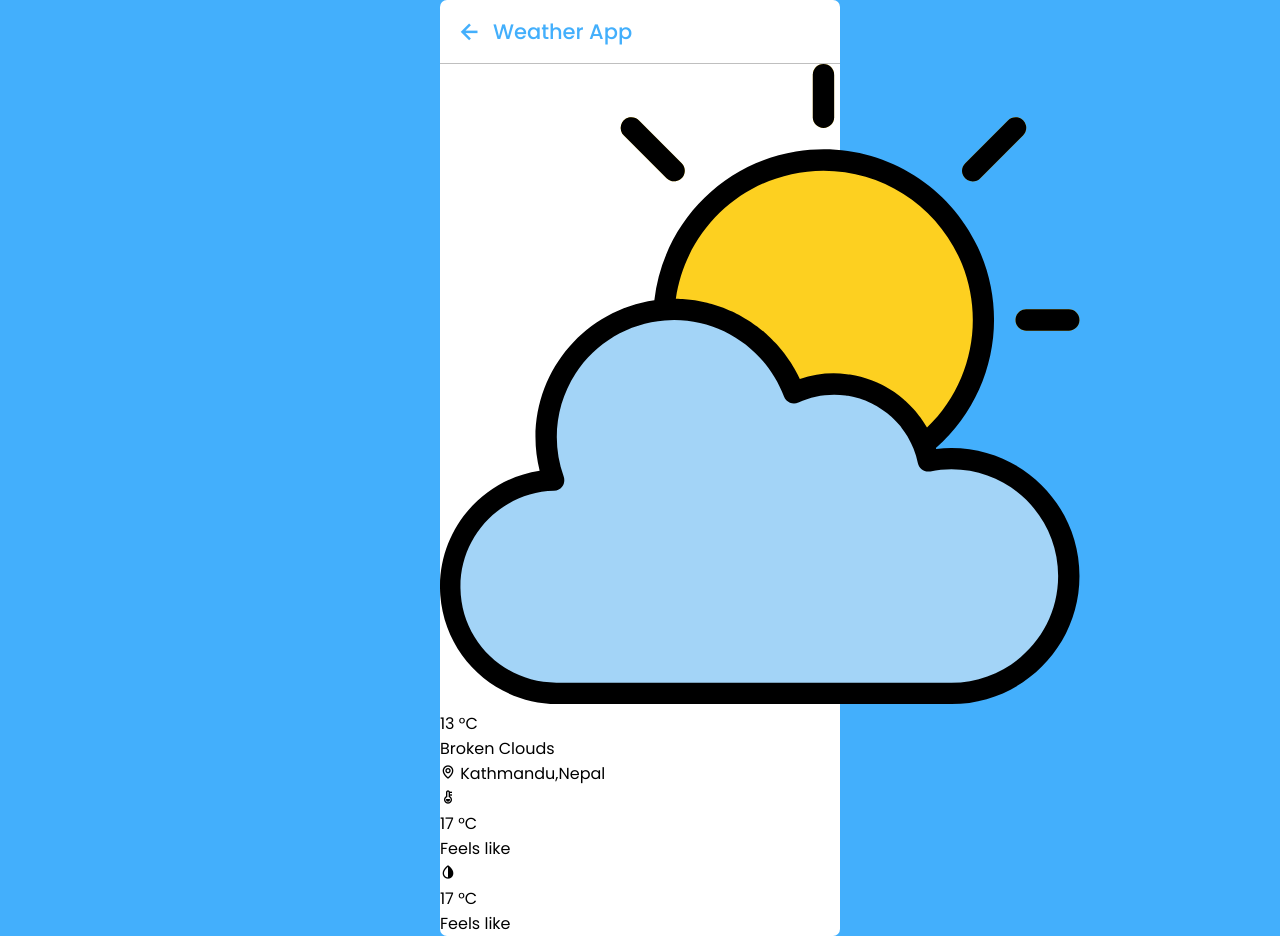
Repository: long13820/Weather-App-HTML-CSS-Javascript
Page: index.html
An editor plug-in stored every save of this project. The page is shown before and after a run of saves, followed by the edit.
The browser window is 1280 px wide. The pictures show the whole page.

Above is the page before, as saved 2021-09-02 10:46:30.

### index.html
<!DOCTYPE html>
<html lang="en">
<head>
    <meta charset="UTF-8">
    <meta http-equiv="X-UA-Compatible" content="IE=edge">
    <meta name="viewport" content="width=device-width, initial-scale=1.0">
    <title>Weather App</title>
    <link rel="stylesheet" href="style.css">

    <!--Linking Boxicon For Icon-->
    <link rel="stylesheet" href='https://unpkg.com/boxicons@2.0.9/css/boxicons.min.css' >


</head>
<body>
    <div class="wrapper">
        <header>
            <i class="bx bx-left-arrow-alt"></i>
            Weather App
        </header>
        <section class="input-part">
            <p class="info-txt pending">Please enter a valid city name</p>
            <input type="text" placeholder="Enter city name" spellcheck="false" required>
            <div class="separator"></div>
            <button>Get Device Location</button>
        </section>
        <section class="weather-part">
            <img src="/Weather Icons/cloud.svg" alt="Weather Icon">
            <div class="temp">
                <span class="numb">13</span>
                <span class="deg">°</span>C
            </div>
            <div class="weather">Broken Clouds</div>
            <div class="location">
                <i class="bx bx-map"></i>
                <span>Kathmandu,Nepal</span>
            </div>
            <div class="bottom-details">
                <div class="column feels">
                    <i class="bx bxs-thermometer"></i>
                    <div class="details">
                        <div class="temp">
                            <span class="numb">17</span>
                            <span class="deg">°</span>C
                        </div>
                        <p>Feels like</p>
                    </div>
                </div>
                <div class="column humidity">
                    <i class="bx bxs-droplet-half"></i>
                    <div class="details">

                            <span class="numb">17</span>
                            <span class="deg">°</span>C
                        </div>
                        <p>Feels like</p>
                    </div>
                </div>
            </div>
        </section>
    </div>
</body>
</html>

### style.css
/*Import Google Font - Poppins*/
@import url('https://fonts.googleapis.com/css2?family=Poppins:wght@400;500;600;700&display=swap');
*{
    margin: 0;
    padding: 0;
    box-sizing: border-box;
    font-family: 'Poppins', sans-serif;
}
body{
    display: flex;
    align-items: center;
    justify-content: center;
    min-height: 100vh;
    background: #43AFFC;
}
.wrapper{
    width: 400px;
    border-radius: 7px;
    background: white;
}
.wrapper header{
    color: #43AFFC;
    font-size: 21px;
    font-weight: 500;
    padding: 16px 15px;
    display: flex;
    align-items: center;
    border-bottom: 1px solid #bfbfbf;

}
header i{
    cursor: pointer;
    font-size: 30px;
    margin-right: 8px;
}
.wrapper .input-part{
    display: none;
    margin: 20px 25px 30px;
}
.input-part .info-txt{
    display: none;
    font-size: 17px;
    text-align: center;
    padding: 12px 7px;
    border-radius: 7px;
    margin-bottom: 15px;
}
.info-txt.error{
    display: block;
    color: #721c24;
    background: #f8d7da;
    border: 1px solid #f5c6cb;
}
.info-txt.pending{
    display: block;
    color: #0c5460;
    background: #d1ecf1;
    border: 1px solid #bee5eb;
}
.input-part :where(input, button){
    width: 100%;
    height: 55px;
    border: none;
    outline: none;
    font-size: 18px;
    border-radius: 7px;
}
.input-part input{
    text-align: center;
    border: 1px solid #bfbfbf;
}
.input-part input:is(:focus,:valid){

}
.input-part .separator{
    height: 1px;
    width: 100%;
    margin: 25px 0px;
    background: #ccc;
    display: flex;
    align-items: center;
    justify-content: center;
}
.separator::before{
    content: "or";
    background-color: white;
    font-size: 19px;
    padding: 0px 15px;
    background: #fff;
}
.input-part button{
    color: white;
    cursor: pointer;
    background: #43AFFC;
}

After the next 5 saves:
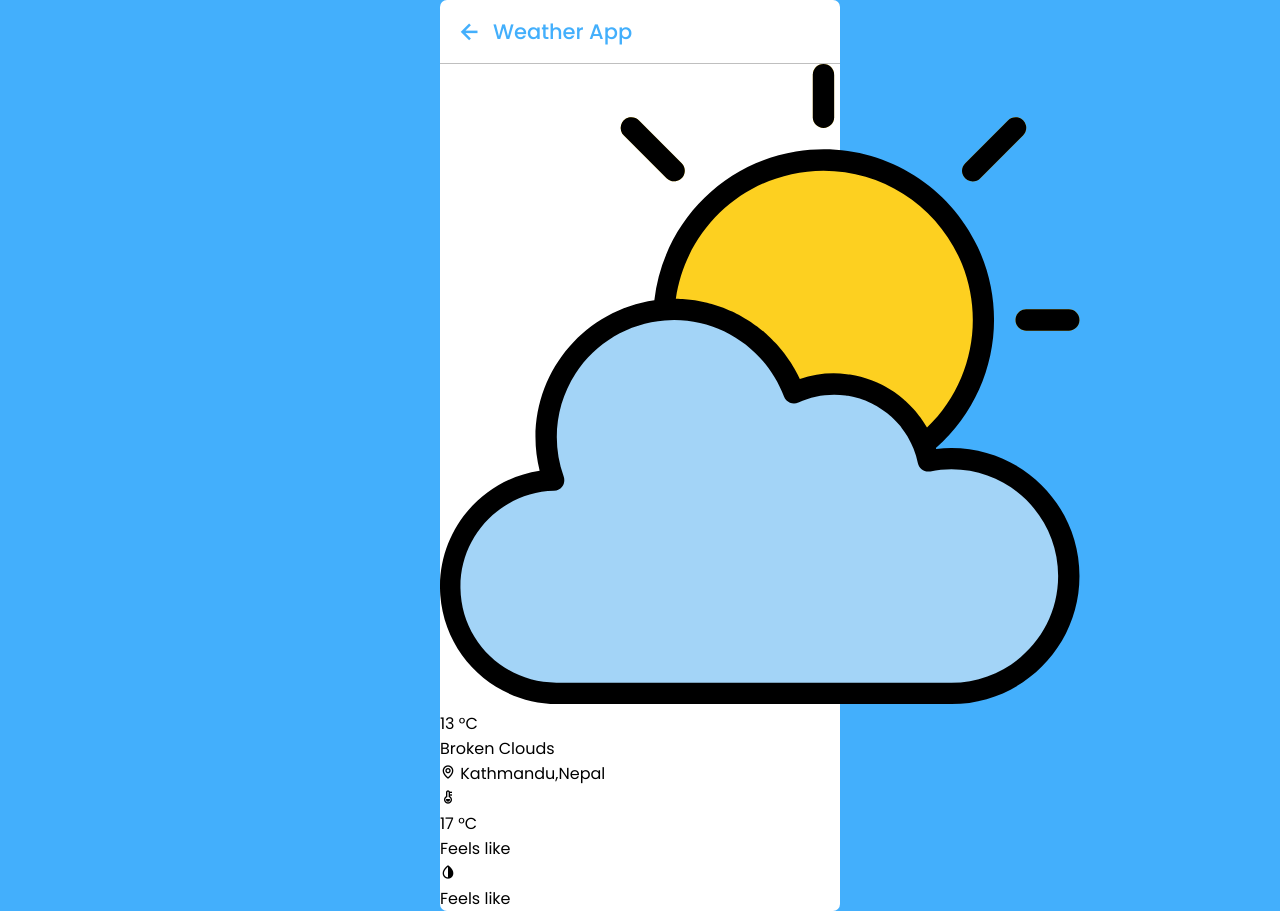
The 5 saves are shown as one change because they came seconds apart.
The last was saved 14 s later.
--- a/index.html
+++ b/index.html
@@ -49,10 +49,7 @@
                 <div class="column humidity">
                     <i class="bx bxs-droplet-half"></i>
                     <div class="details">
-
-                            <span class="numb">17</span>
-                            <span class="deg">°</span>C
-                        </div>
+                            <span class="numb"></span>
                         <p>Feels like</p>
                     </div>
                 </div>

After the save that followed:
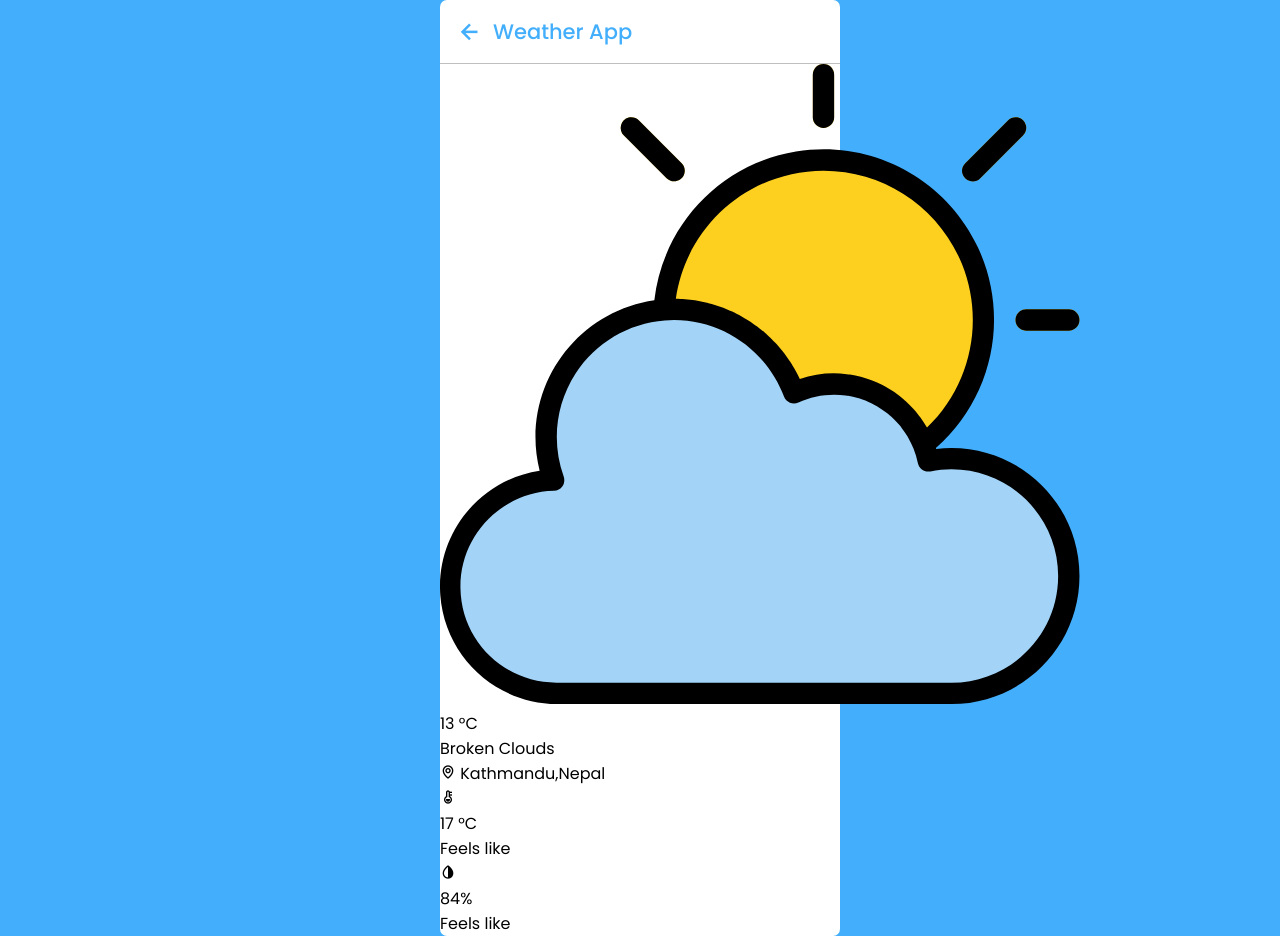
Saved 4 s later.
--- a/index.html
+++ b/index.html
@@ -49,7 +49,7 @@
                 <div class="column humidity">
                     <i class="bx bxs-droplet-half"></i>
                     <div class="details">
-                            <span class="numb"></span>
+                            <span class="numb">84%</span>
                         <p>Feels like</p>
                     </div>
                 </div>
